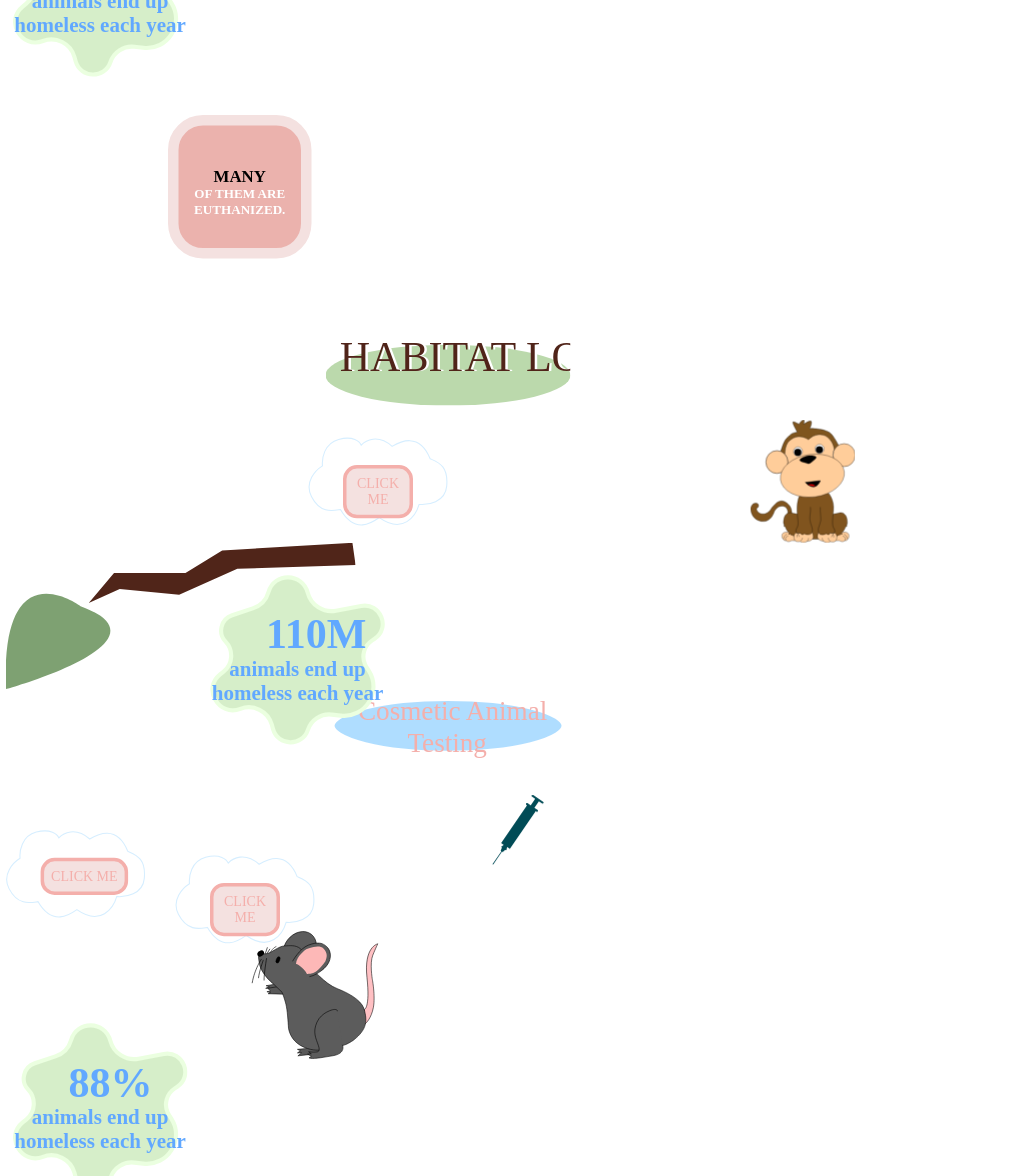
Repository: SoleilDagneau/MDIA2109Midterm
Page: index.html
The author's editor kept a copy of each file at every save. The page is drawn from the files as they stood at one save, then again after the next save.
The browser window is 1280 px wide. The page is 1472 px wide, so the pictures cover 1472 px, including what lies to the right of the window. The pictures show the part of the page from y = 579 to 2259 px (the page is 3460 px tall before and 3462 px after), at 70% of full size.
Some web fonts or font styles are not loaded; a fallback is used.

Above is the page before, as saved 2022-03-03 19:32:17.
Console error: TypeError: Cannot set properties of null (setting 'innerText')

After the next save:
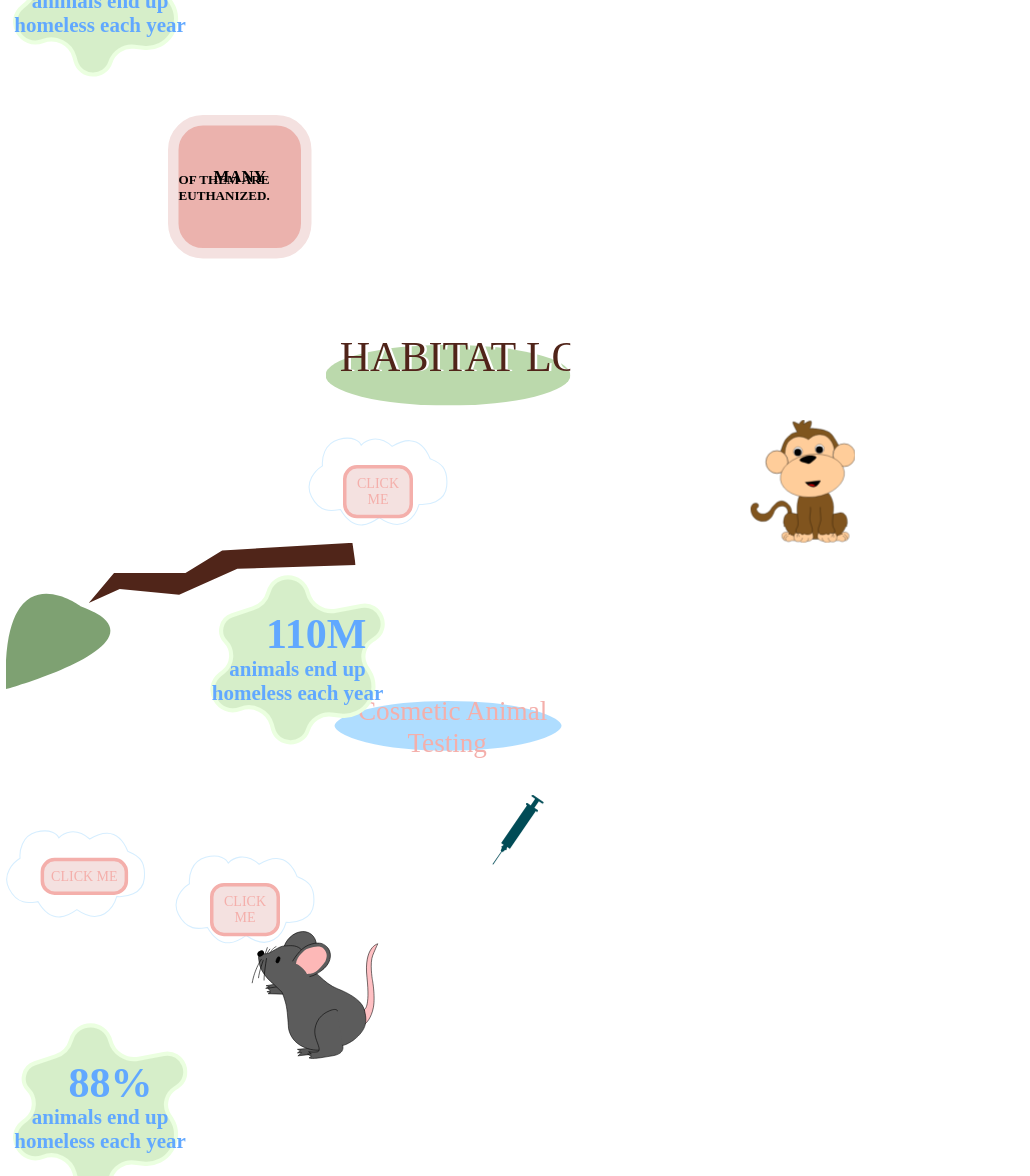
Saved 76 s later.
--- a/utils/squarecard.js
+++ b/utils/squarecard.js
@@ -29,7 +29,7 @@ template_scard.innerHTML = `
         position:relative;
         top:20px;
     }
-    .many{
+    #the_manytext{
         font-family:'passion one', cursive;
         color:black;
         display:flex;
@@ -40,9 +40,9 @@ template_scard.innerHTML = `
 
 </style>
 <div id="info_card">
-    <h2 class="many">MANY</h2>
+    <h2 id="the_manytext">MANY</h2>
 
-    <h3 class="htext">
+    <h3 id="the_htext">
      OF THEM ARE EUTHANIZED.
     </h3>
 

After the save that followed:
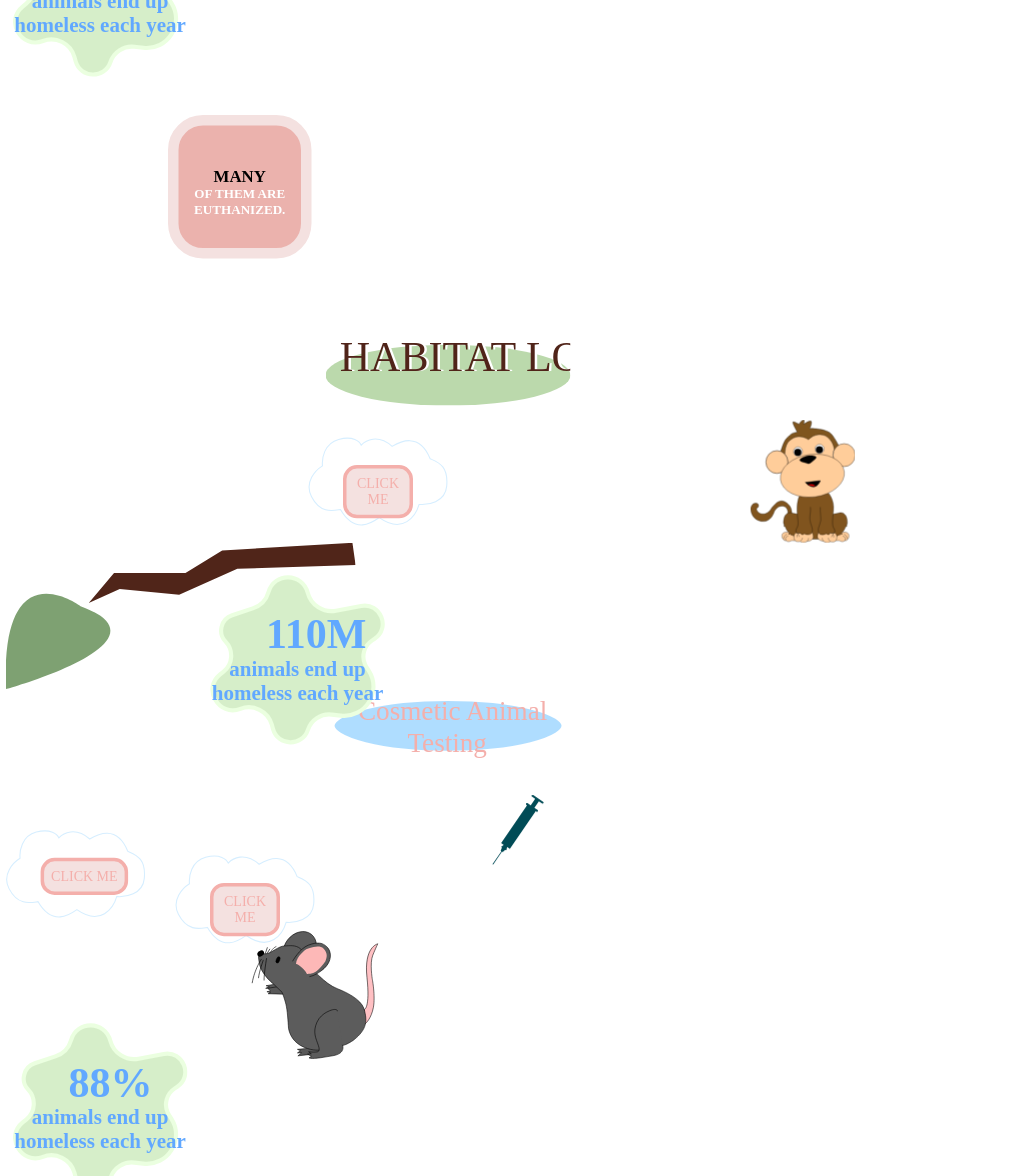
Saved 6 s later.
--- a/utils/squarecard.js
+++ b/utils/squarecard.js
@@ -21,7 +21,7 @@ template_scard.innerHTML = `
         color: white;
         padding: 10px;
     }
-    .htext{
+    #the_htext{
         font-family:'passion one', cursive;
         color:white;
         text-align:center;
